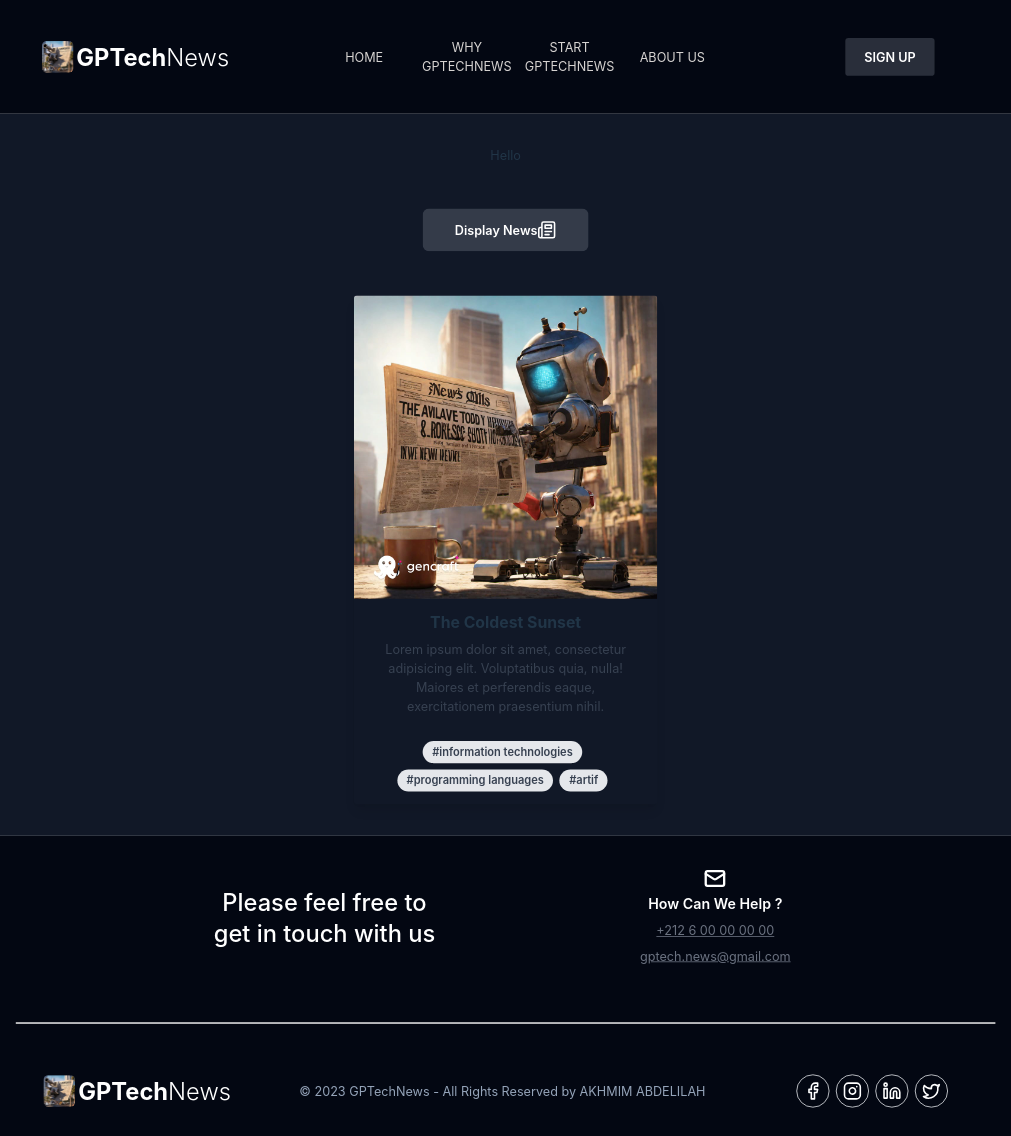
Repository: Lablab-me-Hackathon/gptech-news-frontend
Page: /
The author's editor kept a copy of each file at every save. The page is drawn from the files as they stood at one save, then again after the next save.
The browser window is 1280 px wide. The pictures show the whole page, at 79% of full size.
The project was rebuilt for these pictures with package versions that can differ from the ones it lists, and the page was loaded fresh each time. Also part of the build but not shown: vite.config.js.

Above is the page before, as saved 2023-08-05 17:28:09.

After the next save:
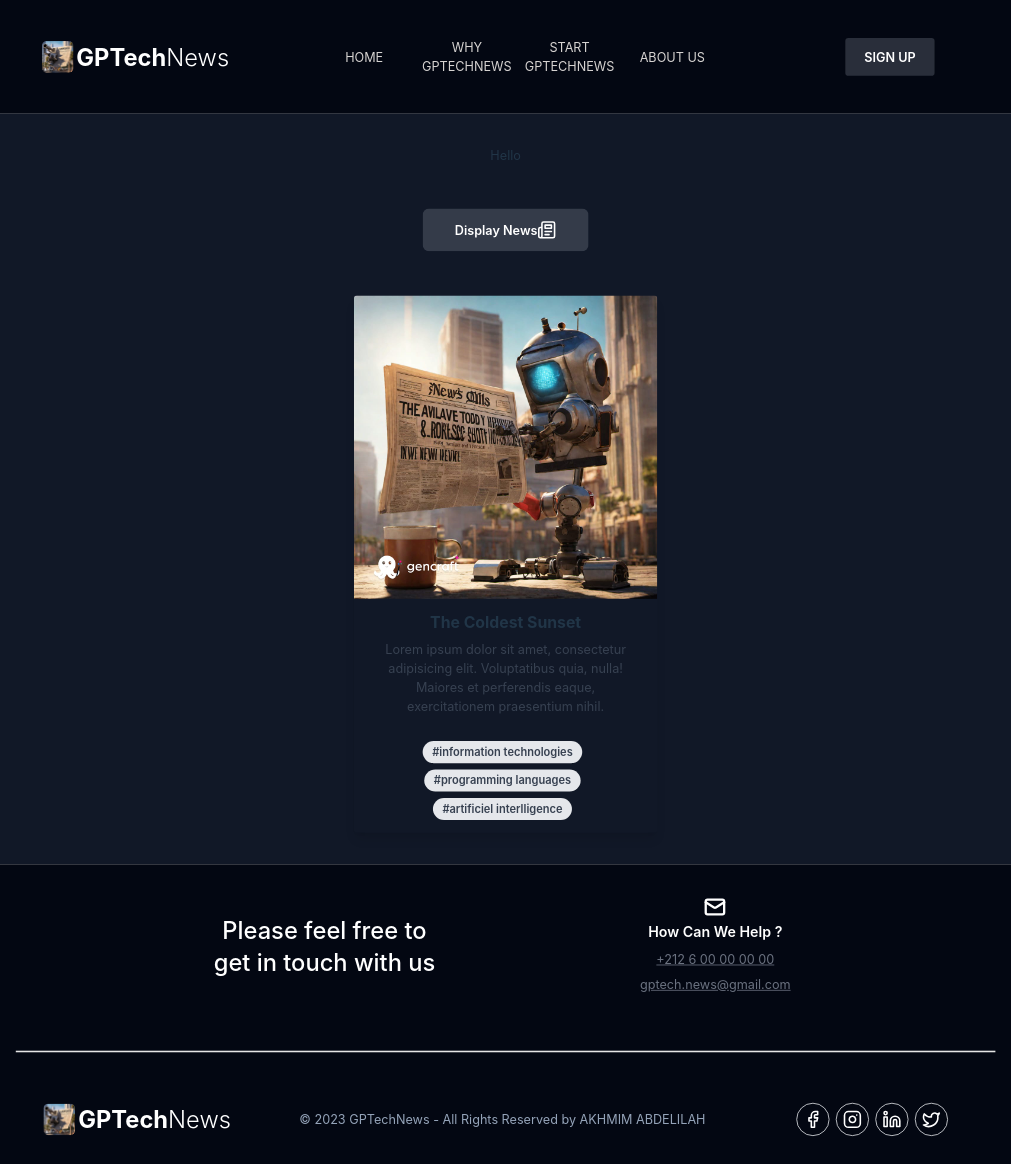
Saved 9 s later.
--- a/src/services/main/Cards.jsx
+++ b/src/services/main/Cards.jsx
@@ -12,7 +12,7 @@
     <div className="px-6 pt-4 pb-2">
       <span className="inline-block bg-gray-200 rounded-full px-3 py-1 text-sm font-semibold text-gray-700 mr-2 mb-2">#information technologies</span>
       <span className="inline-block bg-gray-200 rounded-full px-3 py-1 text-sm font-semibold text-gray-700 mr-2 mb-2">#programming languages</span>
-      <span className="inline-block bg-gray-200 rounded-full px-3 py-1 text-sm font-semibold text-gray-700 mr-2 mb-2">#artif</span>
+      <span className="inline-block bg-gray-200 rounded-full px-3 py-1 text-sm font-semibold text-gray-700 mr-2 mb-2">#artificiel interlligence</span>
     </div>
   </div></div>
   )
